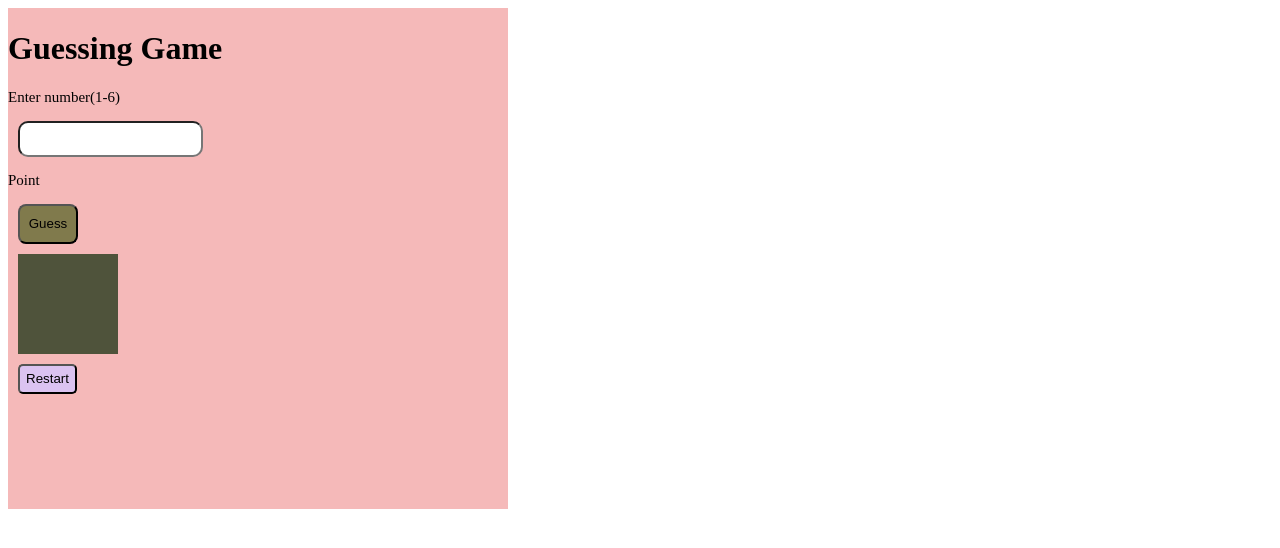
Repository: AniAntonyan/GuessingGame
Page: index.html
An editor plug-in stored every save of this project. The page is shown before and after the next save, followed by the edit.
The browser window is 1280 px wide. The pictures show the whole page.

Above is the page before, as saved 2022-02-27 17:30:06.

### index.html
<!DOCTYPE html>
<html lang="en">
<head>
    <meta charset="UTF-8">
    <meta http-equiv="X-UA-Compatible" content="IE=edge">
    <meta name="viewport" content="width=device-width, initial-scale=1.0">
    <link rel="stylesheet" href="style.css">
    <title>Document</title>
</head>
<body>
    <div class="container">
        <h1 class="Guessing">Guessing Game</h1>
        <p class="enter">Enter number(1-6)</p>
    <input id="num" type="text">
    <p class="p">Point</p>
    <button id="btn">Guess</button>
    <div class="table" id="show-text"></div>
    <button  id="restart"> Restart</button>
    </div>

    <script src="index.js"></script>
</body>
</html>

### style.css
.container{
    background-color: #f5b9b9;
    height: 500px;
    width: 500px;
    padding-top:1px;
}
p{
    font-size: 15px;
}

#num{
    height: 30px;
    border-radius: 10px;
    margin-left: 10px;
}

#btn{
    height: 40px;
    width: 60px;
    border-radius: 8px;
    background-color: rgb(128, 122, 76);
    margin-left: 10px;
}

.table{
    height: 100px;
    width: 100px;
    background-color: rgb(79, 83, 59);
    margin: 10px;
}

#restart{
    margin-left: 10px;
    height: 30px;
    border-radius: 5px;
    background-color: rgb(219, 195, 241);
}

### index.js
let input = document.getElementById("num");
let btn = document.getElementById("btn");
let text = document.getElementById("show-text");
let restart = document.getElementById("restart");
let random = Math.floor(Math.random() * 6 + 1);

After the next save:
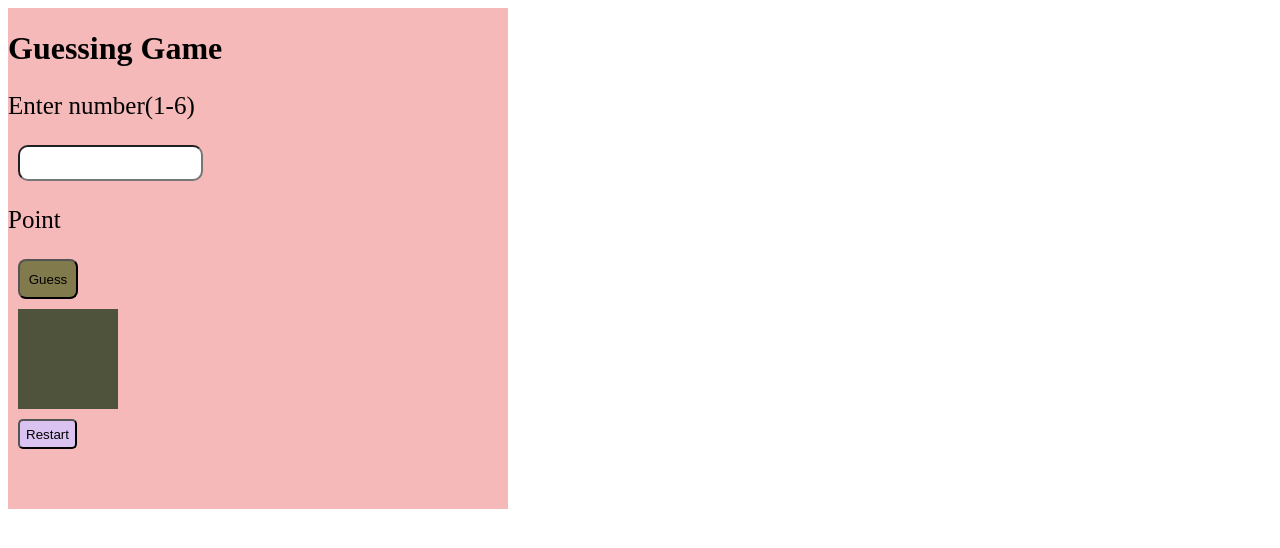
Saved 8 s later.
--- a/style.css
+++ b/style.css
@@ -5,7 +5,7 @@
     padding-top:1px;
 }
 p{
-    font-size: 15px;
+    font-size: 25px;
 }
 
 #num{

After the save that followed:
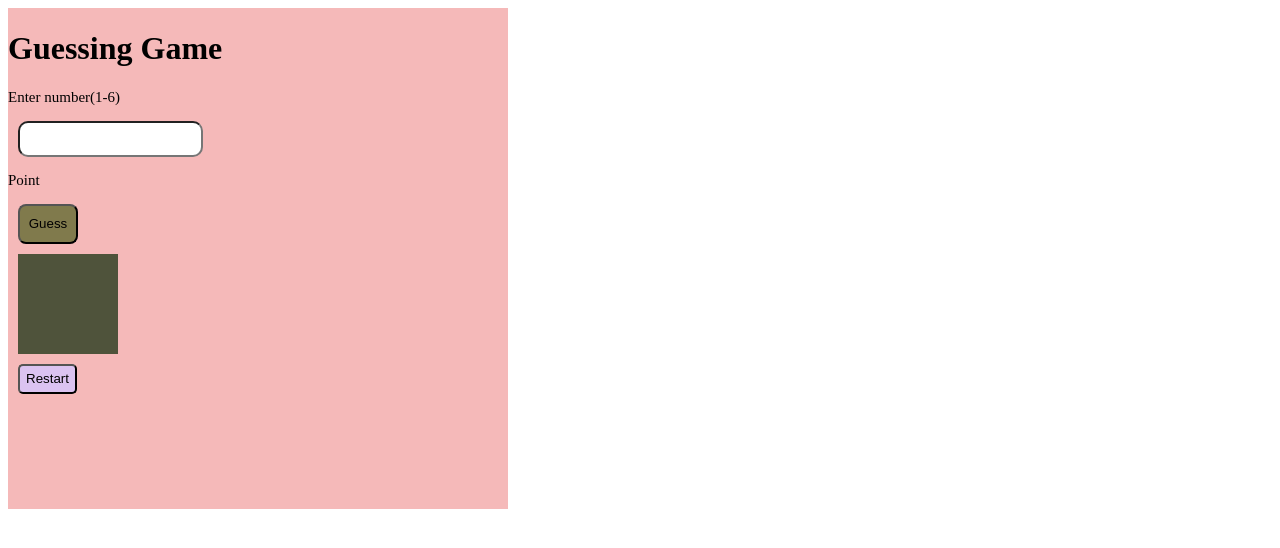
Saved 7 s later.
--- a/style.css
+++ b/style.css
@@ -5,7 +5,7 @@
     padding-top:1px;
 }
 p{
-    font-size: 25px;
+    font-size: 15px;
 }
 
 #num{
